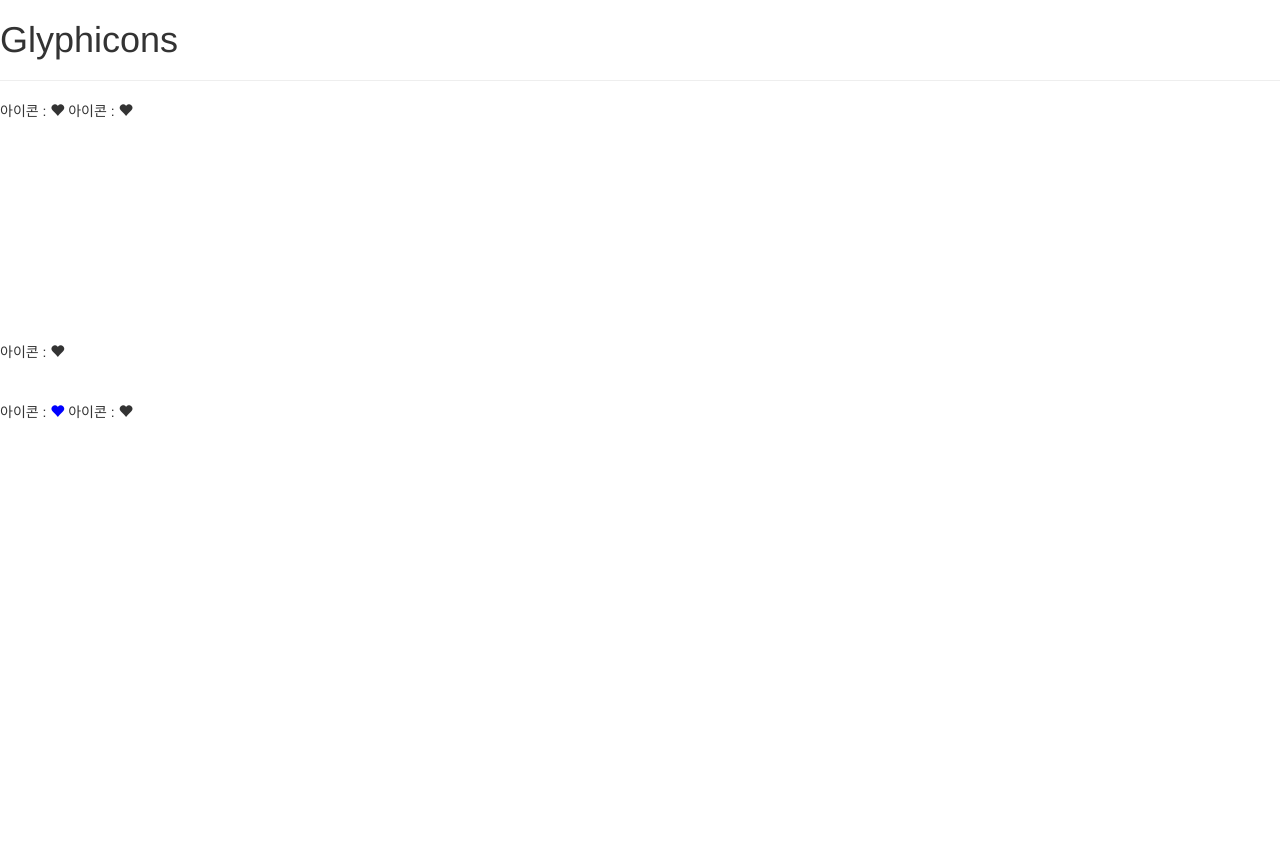
Repository: Umkimisstrong/UM_Webbb
Page: BootstrapApp/WebContent/BootEx08.html
The author's editor kept a copy of each file at every save. The page is drawn from the files as they stood at one save, then again after the next save.
The browser window is 1280 px wide. The pictures show the whole page.

Above is the page before, as saved 2022-05-16 05:22:53.

### BootstrapApp/WebContent/BootEx08.html
<!DOCTYPE html>
<html>
<head>
<meta charset="UTF-8">
<title>BootEx08.html</title>

<link rel="stylesheet" type="text/css" href="css/bootstrap.css">
<script type="text/javascript" src="http://code.jquery.com/jquery.min.js"></script>
<script type="text/javascript" src="js/bootstrap.min.js"></script>


<!-- 추가 check!! -->
<link rel="stylesheet" type="text/css" href="css/bootstrap-theme.css">

</head>
<body>

<div>
	<h1>Glyphicons</h1>
	<hr />
</div>


<!-- glyphicon 의 속성은 text 이다... (그림처럼 보이지만) -->
<div>
	아이콘 : <span class="glyphicon glyphicon-heart"></span>
	아이콘 : <span class="glyphicon glyphicon-heart" style="height: 200px;"></span>
</div>
<br /><br />

<div>
	아이콘 : <span class="glyphicon glyphicon-heart" style="width: 200px;"></span>
</div>
<br /><br />


<div>
	아이콘 : <span class="glyphicon glyphicon-heart" style="color: blue;"></span>
	아이콘 : <span class="glyphicon glyphicon-heart" style="font-size: blue;"></span>
</div>
<br /><br />



























<br />
<br />
<br />
<br />
<br />
<br />
<br />
<br />
<br />
<br />
<br />
<br />
<br />
<br />
<br />
<br />
<br />
<br />
<br />
<br />









</body>
</html>

Loaded but not shown: BootstrapApp/WebContent/css/bootstrap.css (library); BootstrapApp/WebContent/js/bootstrap.min.js (library); BootstrapApp/WebContent/css/bootstrap-theme.css (library)

After the next save:
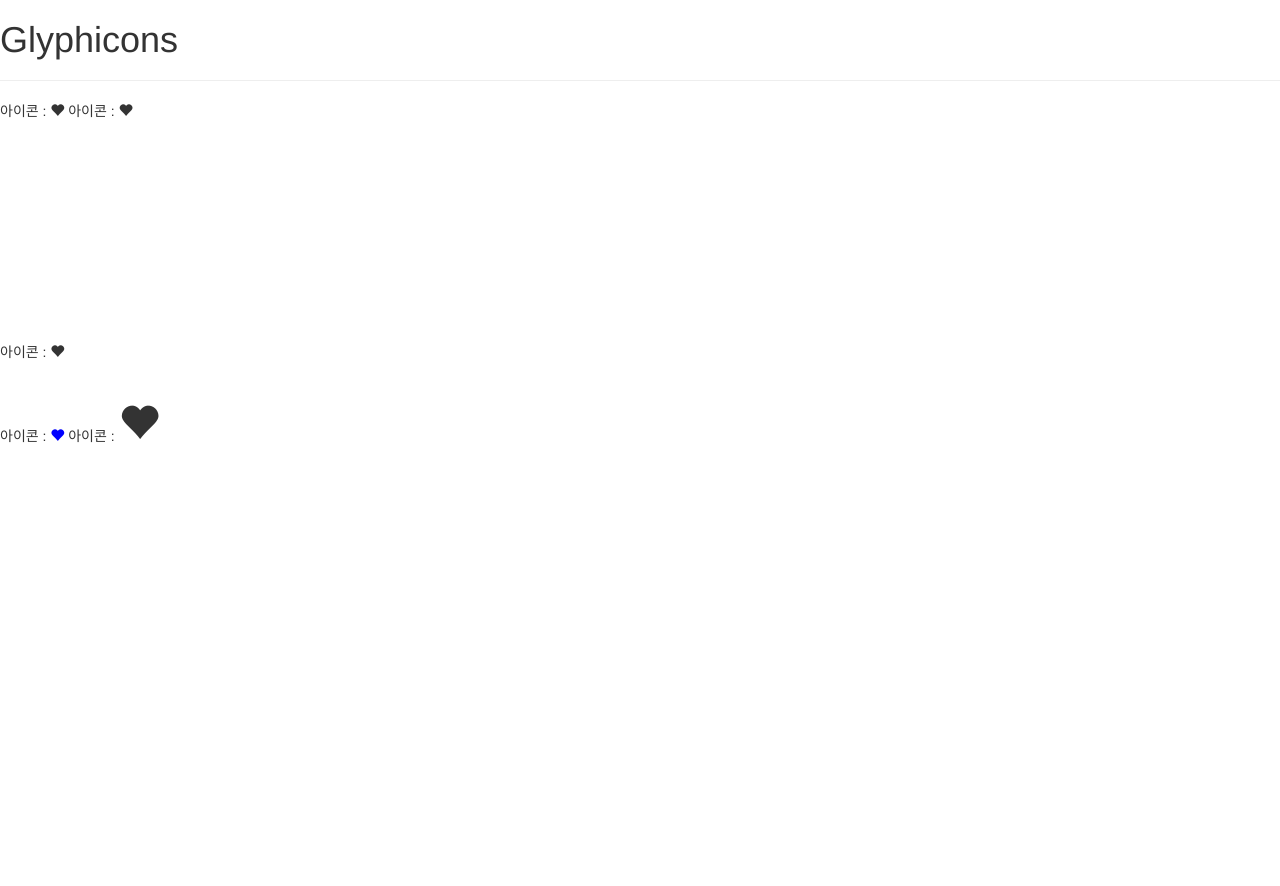
Saved 6 s later.
--- a/BootstrapApp/WebContent/BootEx08.html
+++ b/BootstrapApp/WebContent/BootEx08.html
@@ -36,7 +36,7 @@
 
 <div>
 	아이콘 : <span class="glyphicon glyphicon-heart" style="color: blue;"></span>
-	아이콘 : <span class="glyphicon glyphicon-heart" style="font-size: blue;"></span>
+	아이콘 : <span class="glyphicon glyphicon-heart" style="font-size: 30pt;"></span>
 </div>
 <br /><br />
 
